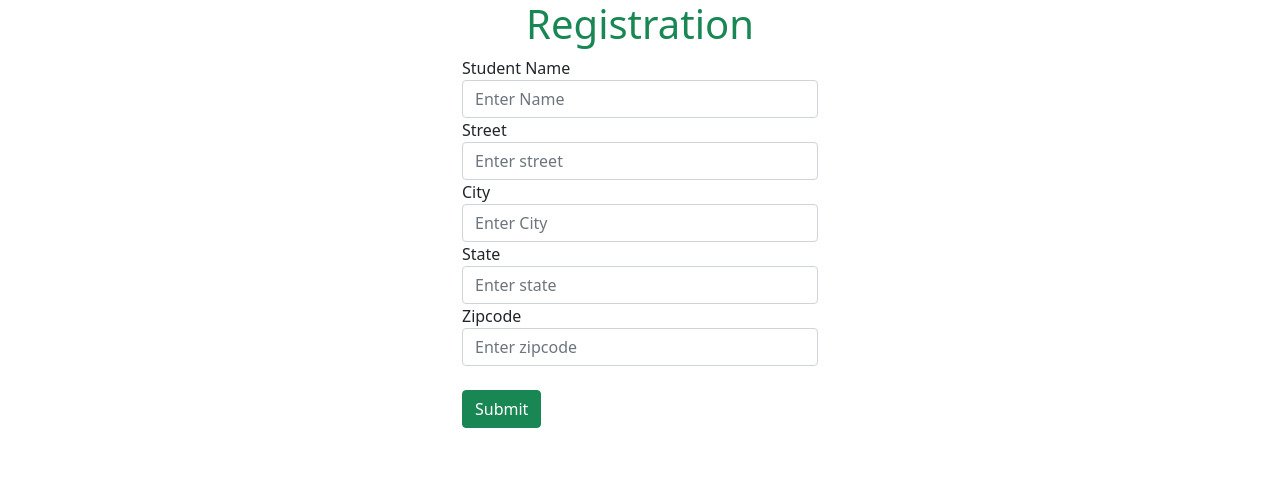
Repository: Laxman877/PracticeJava
Page: http://localhost/HibernateAssingment_004/
An editor plug-in stored every save of this project. The page is shown before and after the next save, followed by the edit.
The browser window is 1280 px wide. The pictures show the whole page.
The page is served by Tomcat 9. Other server files are loaded and not shown.

Above is the page before, as saved 2022-07-23 06:27:02.

### HibernateAssingment_004/src/main/webapp/index.jsp
<%@ page language="java" contentType="text/html; charset=UTF-8"
	pageEncoding="UTF-8"%>
<%@taglib uri="http://java.sun.com/jsp/jstl/core" prefix="c"%>
<%@page isELIgnored="false"%>
<!DOCTYPE html>
<html>
<head>
<meta charset="UTF-8">
<title>Registartion</title>
<link
	href="https://cdn.jsdelivr.net/npm/bootstrap@5.1.3/dist/css/bootstrap.min.css"
	rel="stylesheet"
	integrity="sha384-1BmE4kWBq78iYhFldvKuhfTAU6auU8tT94WrHftjDbrCEXSU1oBoqyl2QvZ6jIW3"
	crossorigin="anonymous">
<script
	src="https://cdn.jsdelivr.net/npm/bootstrap@5.1.3/dist/js/bootstrap.bundle.min.js"
	integrity="sha384-ka7Sk0Gln4gmtz2MlQnikT1wXgYsOg+OMhuP+IlRH9sENBO0LRn5q+8nbTov4+1p"
	crossorigin="anonymous"></script>
</head>
<body>
	<div class="container">
		<div class="row">
			<div class="col md-4"></div>
			<div class="col md-4">
				<h1 class="text-success" align="center">Registration</h1>
				<span class="text-success">${msg}</span>
				<form action="reg">
					<div class="form-group">
						<label>Student Name</label> <input type="text" name="std_name"
							placeholder="Enter Name" class="form-control">
					</div>
					<div class="form-group">
						<label>Street</label> <input type="text" name="street"
							placeholder="Enter street" class="form-control">
					</div>
					<div class="form-group">
						<label>City</label> <input type="text" name="city"
							placeholder="Enter City" class="form-control">
					</div>
					<div class="form-group">
						<label>State</label> <input type="text" name="state"
							placeholder="Enter state" class="form-control">
					</div>
					<div class="form-group">
						<label>Zipcode</label> <input type="text" name="zipcode"
							placeholder="Enter zipcode" class="form-control">
					</div>
					<br> <input type="submit" class="btn btn-success">
				</form>
			</div>
			<div class="col md-4"></div>
		</div>
	</div>
</body>
</html>

After the next save:
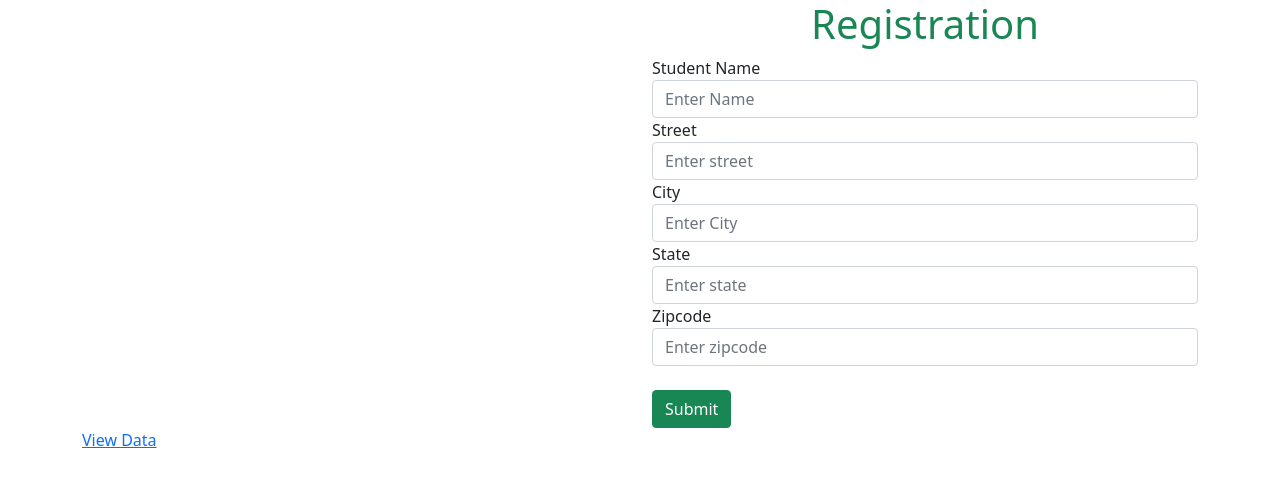
Saved 29 s later.
--- a/HibernateAssingment_004/src/main/webapp/index.jsp
+++ b/HibernateAssingment_004/src/main/webapp/index.jsp
@@ -48,6 +48,7 @@
 					<br> <input type="submit" class="btn btn-success">
 				</form>
 			</div>
+			<a href="display">View Data</a>
 			<div class="col md-4"></div>
 		</div>
 	</div>

After the save that followed:
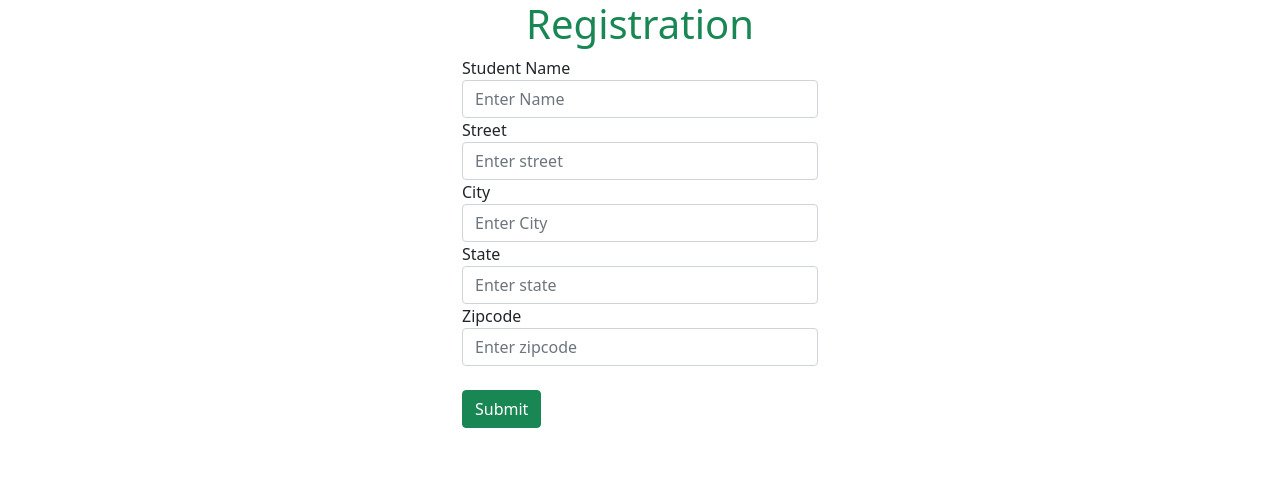
Saved 89 s later.
--- a/HibernateAssingment_004/src/main/webapp/index.jsp
+++ b/HibernateAssingment_004/src/main/webapp/index.jsp
@@ -48,7 +48,6 @@
 					<br> <input type="submit" class="btn btn-success">
 				</form>
 			</div>
-			<a href="display">View Data</a>
 			<div class="col md-4"></div>
 		</div>
 	</div>
